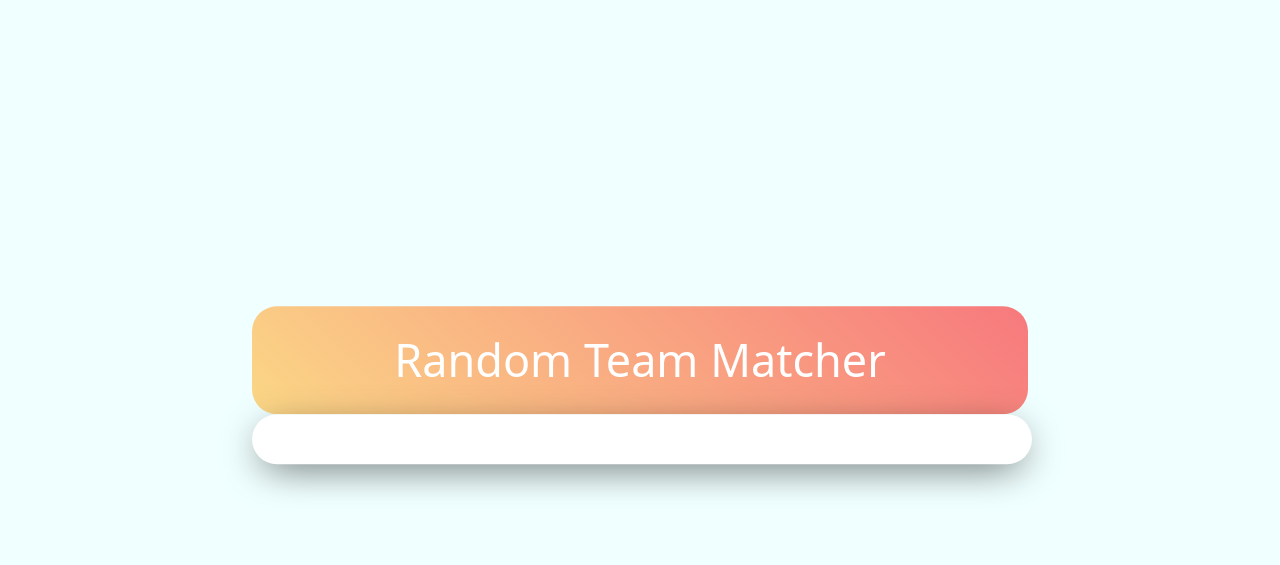
Repository: seleco29/Random-Team-Matcher-Servlet-Jsp
Page: http://localhost/Random_Team_Matcher_v2.0/include/displayTeamHeader.jsp
These files come from the project's save history. The page is drawn as it stood at one moment and after the next save; the edit follows.
The browser window is 1280 px wide. The pictures show the whole page.
Some web libraries are served in a nearby version. The page is served by Tomcat 9. Other server files are loaded and not shown.

Above is the page before, as saved 2023-01-21 16:16:03.

### Random Team Matcher v2.0/src/main/webapp/include/displayTeamHeader.jsp
<!DOCTYPE html>
<html lang="en">
  <head>
    <meta charset="UTF-8" />
    <meta http-equiv="X-UA-Compatible" content="IE=edge" />
    <meta name="viewport" content="width=device-width, initial-scale=1.0" />
    <title>Document</title>
    <link rel="stylesheet" href="node_modules\bootstrap\dist\css\bootstrap.css">
    <link rel="stylesheet" href="displayTeamStyle.css" />
  </head>
  <body>
    <div class="container">
      <header class="heading">Random Team Matcher</header>
      <div class="col col-md-6">
        <div class="myCol ">

### Random Team Matcher v2.0/src/main/webapp/assets/displayTeamStyle.css
*{
    /* margin: 0;
    padding:0; */
    box-sizing: border-box;
}
body{
    background-color: azure;
}
.container{
    position: absolute;
    align-items: center;
    width: 800px;
    top: 50%;
    left: 50%;
    transform: translate(-50%,-50%);
}
.heading{
   margin-top: 50px;
    padding: 20px 0px 20px 0px;
    font-size: 45px;
    border-radius: 25px;
    background-image:linear-gradient(45deg,#FBD786,#f7797d) ;
    color: #fff;
    display: flex;
    justify-content: center;
}
.myCol{

    display: flex;
    justify-content: center;
    border-radius: 25px;
    background-color: #fff;
    width:780px;
    box-shadow: 0px 10px 40px -10px rgba(0,0,0,0.7);
    padding-bottom: 50px;
}

.list{

    padding: 25px 0px 25px 0px;
}
.listElment{
    display: flex;
   justify-content: center;
   font-size: 20px;
    background-color:  #ede6e6;
    width: 300px;
    border-radius: 25px;
    list-style-type: none;
    padding: 5px 0px 5px 0px;
    margin: 10px 0px 10px 0px;
}
.submitBtn{
color: #fff;
   width: 100px;
   border-radius: 25px;
   border: none;
   padding: 10px  ;
   background-color: #f7797d;

}
.formClass{
    display: flex;
    align-content: center;
    justify-content: center;
}

After the next save:
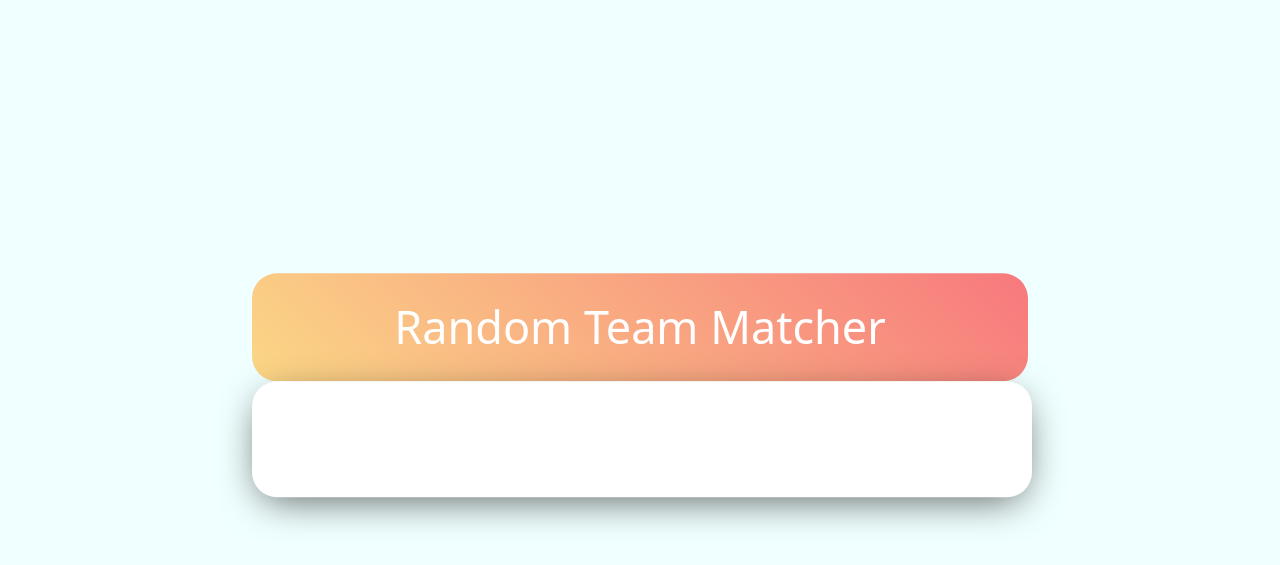
Saved 14 s later.
--- a/Random Team Matcher v2.0/src/main/webapp/include/displayTeamHeader.jsp
+++ b/Random Team Matcher v2.0/src/main/webapp/include/displayTeamHeader.jsp
@@ -13,3 +13,4 @@
       <header class="heading">Random Team Matcher</header>
       <div class="col col-md-6">
         <div class="myCol ">
+<ul class="list">
